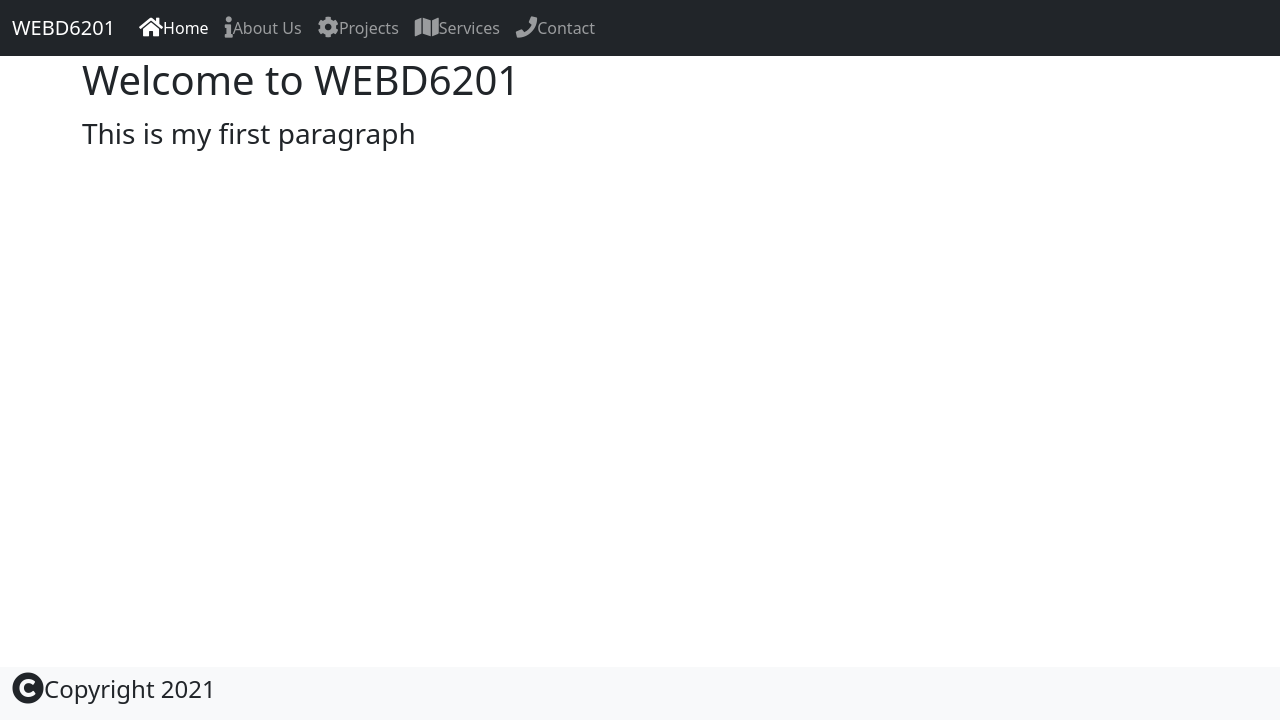
Repository: deividwsantoss/webd6201-W2021-ICE1
Page: Index.html
An editor plug-in stored every save of this project. The page is shown before and after the next save, followed by the edit.
The browser window is 1280 px wide. The pictures show the whole page.

Above is the page before, as saved 2021-02-02 11:50:45.

### Index.html
<!DOCTYPE html>
<html lang="en">
<head>
    <meta charset="UTF-8">
    <meta name="viewport" content="width=device-width, initial-scale=1.0">
    <title>Home</title>
</head>
<!-- CSS SECTION -->
<link rel="stylesheet" href="./node_modules/bootstrap/dist/css/bootstrap.min.css">
<link rel="stylesheet" href="./node_modules/@fortawesome/fontawesome-free/css/all.min.css">
<link rel="stylesheet" href="./Content/app.css">

<body>
    <!-- MAIN HEADER-->
    <header>
        <!-- Main Navegation-->
        <nav class="navbar navbar-expand-lg navbar-dark bg-dark">
            <div class="container-fluid">
              <a class="navbar-brand" href="Index.html">WEBD6201</a>
              <button class="navbar-toggler" type="button" data-bs-toggle="collapse" data-bs-target="#navbarSupportedContent" aria-controls="navbarSupportedContent" aria-expanded="false" aria-label="Toggle navigation">
                <span class="navbar-toggler-icon"></span>
              </button>
              <div class="collapse navbar-collapse" id="navbarSupportedContent">
                <ul class="navbar-nav me-auto mb-2 mb-lg-0">
                  <li class="nav-item">
                    <a class="nav-link active" aria-current="page" href="Index.html"><i class="fas fa-home fa-lg"></i>Home</a>
                  </li>
                  <li class="nav-item">
                    <a class="nav-link" aria-current="page" href="about.html"><i class="fas fa-info fa-lg"></i>About Us</a>
                  </li>
                  <li class="nav-item">
                    <a class="nav-link" aria-current="page" href="projects.html"><i class="fas fa-cog fa-lg"></i>Projects</a>
                  </li>
                  <li class="nav-item">
                    <a class="nav-link" aria-current="page" href="services.html"><i class="fas fa-map fa-lg"></i>Services</a>
                  </li>
                  <li class="nav-item">
                    <a class="nav-link" aria-current="page" href="contact.html"><i class="fas fa-phone fa-lg"></i>Contact</a>
                  </li>

                </ul>

              </div>
            </div>
          </nav>
    </header>
    <!-- Main content-->
    <main class="container">

        <h1>Welcome to WEBD6201 </h1>
        <p id="paragraphOne"> </p>
    </main>

    <!-- Main Footer -->
    <footer>
        <nav class="navbar fixed-bottom navbar-light bg-light">
            <div class="container-fluid">
                <h4><i class="fas fa-copyright fa-lg"></i>Copyright 2021 </h4>
            </div>
          </nav>

    </footer>
    <!-- Script Section-->
    <script src="./node_modules/jquery/dist/jquery.min.js"></script>
    <script src="./node_modules/bootstrap/dist/js/bootstrap.bundle.min.js"></script>
    <script src="./Scripts/app.js"></script>
</body>
</html>

### Scripts/app.js
/* Custom JavaScript goes here */


// IIFE -
//AKA - Anonymous self-excuting function

"use strict";

(function()
{


    function Start()
    {
        console.log("App Started...")

        let paragraphOneText = "This is a simple site to demonstrate DOM manipulation for ICE 1";
        let paragraphOneElement = document.getElementById("paragraphOne");

        //let paragraphOneParagraph = document.getElementsByTagName("p")[0];
        //let paragraphOneQuery = document.querySelector("p");
        //let paragraphOneQuerys = document.querySelectorAll("p")[0];

        paragraphOneElement.textContent = paragraphOneText;
        paragraphOneElement.className = "fs-5";

        //SECOND METHOD
        //Step 1. document.createElement
        let newParagraph = document.createElement("p");
        //configure the element
        newParagraph.setAttribute("id", "paragraphTwo");
        newParagraph.textContent = "... And this is Paragraph Two";
        //step 3. Select the parent element
        let mainContent = document.getElementsByTagName("main")[0];
        //step 4. Add / Insert the element
        mainContent.appendChild(newParagraph);

        newParagraph.className = "fs-5";

        //  Another way to insert
        let paragraphDiv = document.createElement('div');
          let paragraphThree = `<p class="fs-7 fw-bold">And this is the Third Paragraph</p>`
        paragraphDiv.innerHTML = paragraphThree;

        newParagraph.before(paragraphDiv);

        // Deletions

        //removing simple element
        // paragraphOneElement.remove();

        //example of remove child
        // mainContent.removeChild(paragraphOneElement);

        // UPDATE - MODIFICATION

        //mainContent.firstElementChild.textContent = "Welcome Home";

        mainContent.innerHTML =
        `<h1 id="firstHeading">Welcome to WEBD6201 </h1>
        <p id="paragraphOne" class="fs-3">This is my first paragraph</p>
        `


    }
    window.addEventListener("load", Start);


})();

Loaded but not shown: node_modules/bootstrap/dist/css/bootstrap.min.css (library); node_modules/@fortawesome/fontawesome-free/css/all.min.css (library); node_modules/jquery/dist/jquery.min.js (library); node_modules/bootstrap/dist/js/bootstrap.bundle.min.js (library); Content/app.css (no stored copy; drawn as an empty file)

After the next save:
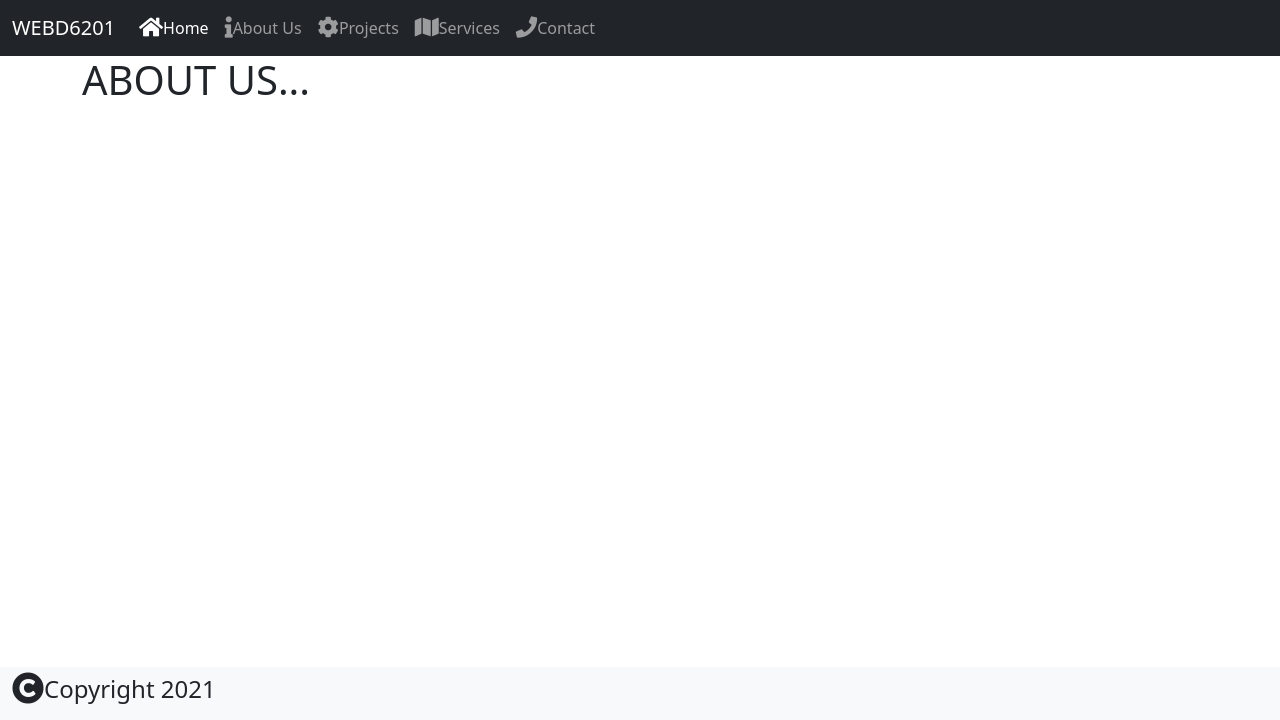
Console error: TypeError: Cannot set properties of null (setting 'textContent')
Saved 48 s later.
--- a/Index.html
+++ b/Index.html
@@ -47,8 +47,8 @@
     <!-- Main content-->
     <main class="container">
 
-        <h1>Welcome to WEBD6201 </h1>
-        <p id="paragraphOne"> </p>
+        <h1>ABOUT US... </h1>
+
     </main>
 
     <!-- Main Footer -->

After the save that followed:
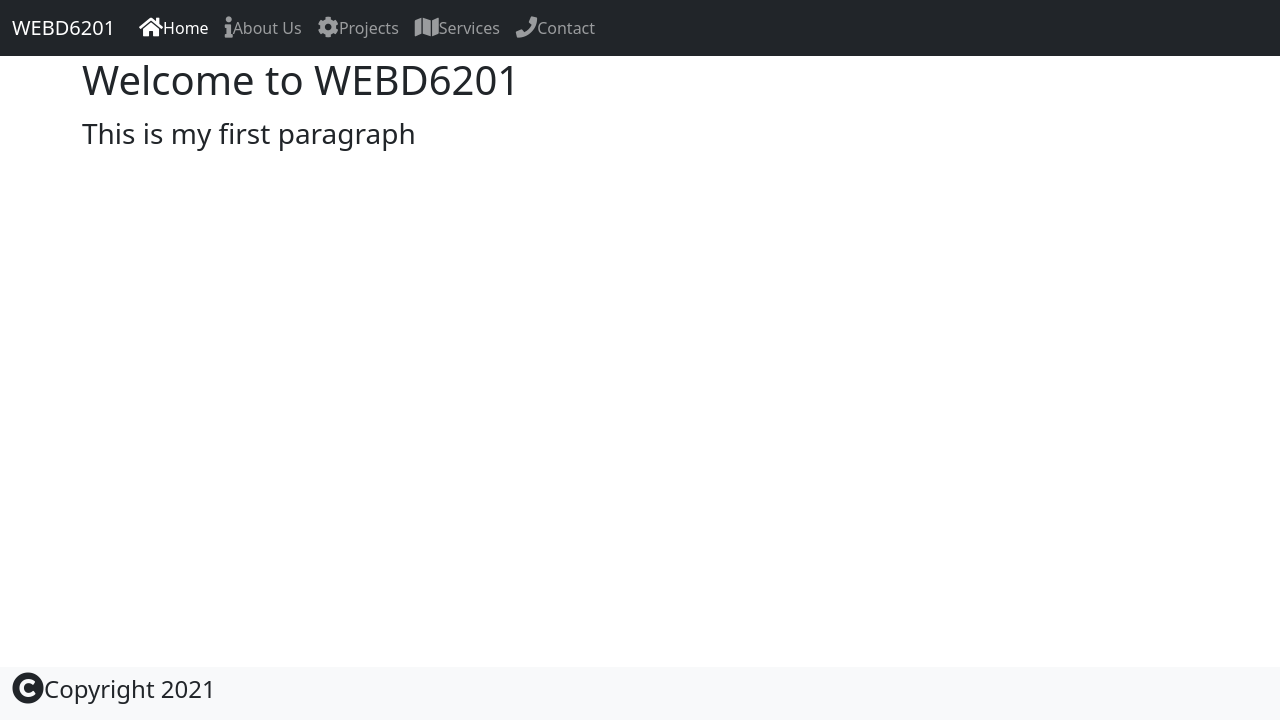
The error is gone.
Saved 26 s later.
--- a/Index.html
+++ b/Index.html
@@ -47,8 +47,8 @@
     <!-- Main content-->
     <main class="container">
 
-        <h1>ABOUT US... </h1>
-
+        <h1>Welcome to WEBD6201 </h1>
+        <p id="paragraphOne"> </p>
     </main>
 
     <!-- Main Footer -->
